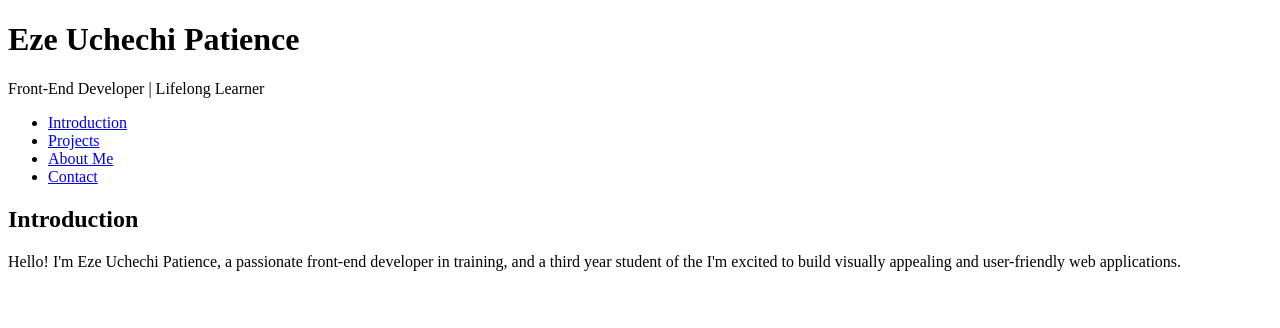
Repository: Patience225/My_First_Portfolio
Page: Portfolio/index.html
An editor plug-in stored every save of this project. The page is shown before and after a run of saves, followed by the edit.
The browser window is 1280 px wide. The pictures show the whole page.

Above is the page before, as saved 2024-12-16 13:08:37.

After the next 3 saves:
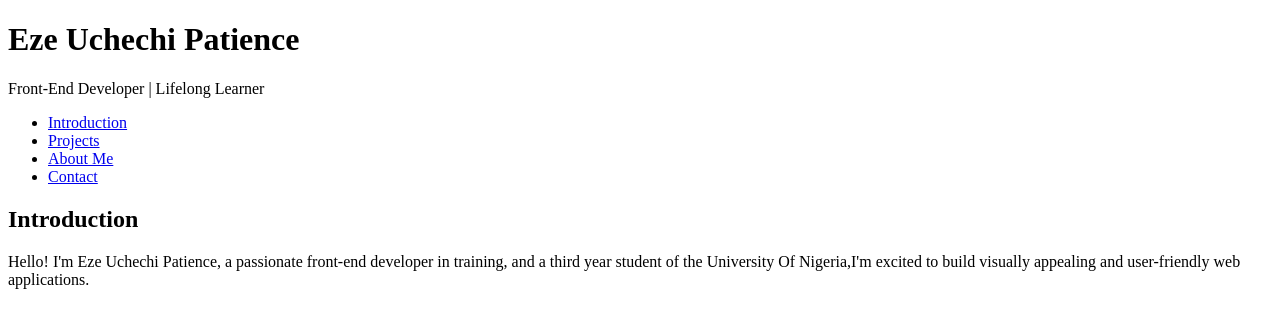
The 3 saves are shown as one change because they came seconds apart.
The last was saved 13 s later.
--- a/Portfolio/index.html
+++ b/Portfolio/index.html
@@ -19,7 +19,7 @@
     </nav>
     <section id="introduction">
       <h2>Introduction</h2>
-    <p>Hello! I'm Eze Uchechi Patience, a passionate front-end developer in training, and a third year student of the I'm excited to build visually appealing and user-friendly web applications.</p>
+    <p>Hello! I'm Eze Uchechi Patience, a passionate front-end developer in training, and a third year student of the University Of Nigeria,I'm excited to build visually appealing and user-friendly web applications.</p>
     </section>
     <section id="projects"></section>
     <section id="about"></section>
